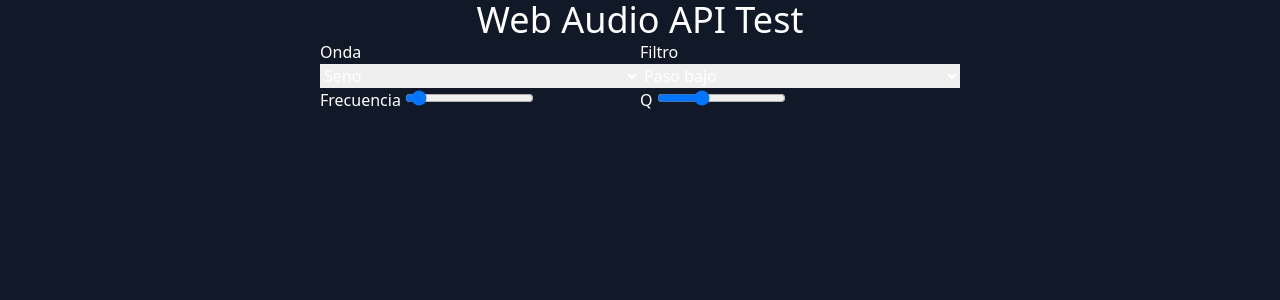
Repository: ibraidab/SONIDOS
Page: index4.html
An editor plug-in stored every save of this project. The page is shown before and after the next save, followed by the edit.
The browser window is 1280 px wide. The pictures show the whole page.

Above is the page before, as saved 2023-03-18 11:56:32.

### index4.html
<!DOCTYPE html>
<html lang="en">
<head>
  <meta charset="UTF-8">
  <meta name="viewport" content="width=device-width, initial-scale=1.0">
  <title>Web Audio API Test</title>
  <link href="https://cdn.jsdelivr.net/npm/tailwindcss@2.2.16/dist/tailwind.min.css" rel="stylesheet">
  <script>
    let audioContext;
    let activeVoices = new Map(); // Almacenar voces activas para polifonía

    async function init() {
      audioContext = new AudioContext();

      // Solicitar acceso al API Web MIDI
      if (navigator.requestMIDIAccess) {
        try {
          const midiAccess = await navigator.requestMIDIAccess();
          midiAccess.inputs.forEach(input => input.onmidimessage = onMidiMessage);
        } catch (err) {
          console.error('No se pudo acceder a tus dispositivos MIDI.', err);
        }
      } else {
        console.error('Tu navegador no soporta el API Web MIDI.');
      }
    }

    function onMidiMessage(event) {
      const [status, data1, data2] = event.data;
      const messageType = status & 0xf0;
      const channel = status & 0x0f;
      const note = data1;
      const velocity = data2;

      // Nota encendida
      if (messageType === 0x90 && velocity > 0) {
        startSound(note, velocity / 127);
      }
      // Nota apagada
      else if (messageType === 0x80 || (messageType === 0x90 && velocity === 0)) {
        stopSound(note);
      }
    }

    function startSound(note, velocity) {
      const frequency = midiNoteToFrequency(note);
      const waveType = document.getElementById("waveType").value;

      // Osciladores
      const osc1 = audioContext.createOscillator();
      osc1.frequency.value = frequency;
      osc1.type = waveType;
      osc1.start();

      const osc2 = audioContext.createOscillator();
      osc2.frequency.value = frequency * 2;
      osc2.type = waveType;
      osc2.start();

      // Ganancia
      const gainNode = audioContext.createGain();

      // Filtro
      const filterNode = audioContext.createBiquadFilter();
      filterNode.type = "lowpass";
      filterNode.frequency.value = 1000;
      filterNode.Q.value = 10;

      // Envolvente ADSR
      const attack = 0.1;
      const decay = 0.3;
      const sustain = 0.5;
      const release = 0.8;

      const now = audioContext.currentTime;
      gainNode.gain.setValueAtTime(0, now);
      gainNode.gain.linearRampToValueAtTime(velocity, now + attack);
      gainNode.gain.linearRampToValueAtTime(sustain * velocity, now + attack + decay);

      // Conexiones
      osc1.connect(gainNode);
      osc2.connect(gainNode);
      gainNode.connect(filterNode);
      filterNode.connect(audioContext.destination);

      // Almacenar voces activas
      activeVoices.set(note, { osc1, osc2, gainNode });
    }

    function stopSound(note) {
      const voice = activeVoices && activeVoices.get(note);
        if (voice) {
            const { osc1, osc2, gainNode } = voice;
            const now = audioContext.currentTime;
            gainNode.gain.cancelScheduledValues(now);
            gainNode.gain.setValueAtTime(gainNode.gain.value, now);
            gainNode.gain.linearRampToValueAtTime(0, now + 0.1);
            osc1.stop(now + 0.1);
            osc2.stop(now + 0.1);
            activeVoices.delete(note);
        }
    }

    function midiNoteToFrequency(note) {
      return 440 * Math.pow(2, (note - 69) / 12);
    }

    function changeWaveType() {
      const waveType = document.getElementById("waveType").value;
      activeVoices.forEach(voice => {
        voice.osc1.type = waveType;
        voice.osc2.type = waveType;
      });
    }

    function changeFilterFrequency() {
        const filterFrequencyRange = document.getElementById("filterFrequency");
        const newFrequencyValue = filterFrequencyRange.value;
        activeVoices.forEach(voice => {
          voice.filterNode.frequency.value = newFrequencyValue;
        });
      }

      function changeFilterQ() {
        const filterQ = document.getElementById("filterQ").value;
        activeVoices.forEach(voice => {
          voice.filterNode.Q.value = filterQ;
        });
      }

    function changeFilterType() {
        const filterTypeSelect = document.getElementById("filterType");
        const selectedFilterType = filterTypeSelect.options[filterTypeSelect.selectedIndex].value;
        filterNode.type = selectedFilterType;
      }



    window.addEventListener('load', init);
    </script>

</head>


<body class="bg-gray-900 text-white">
  <div class="container mx-auto">
    <h1 class="text-4xl text-center">Web Audio API Test</h1>
    <div class="flex justify-center">
      <div class="w-1/2">
        <div class="flex justify-center">
          <div class="w-1/2">
            <label for="waveType">Onda</label>
            <select id="waveType" class="w-full" onchange="changeWaveType()">
              <option value="sine">Seno</option>
              <option value="square">Cuadrada</option>
              <option value="sawtooth">Diente de sierra</option>
              <option value="triangle">Triangular</option>
            </select>
          </div>
          <div class="w-1/2">
            <label for="filterType">Filtro</label>
            <select id="filterType" class="w-full" onchange="changeFilterType()">
              <option value="lowpass">Paso bajo</option>
              <option value="highpass">Paso alto</option>
              <option value="bandpass">Paso de banda</option>
              <option value="lowshelf">Bajo estante</option>
              <option value="highshelf">Alto estante</option>
              <option value="peaking">Pico</option>
              <option value="notch">Notch</option>
              <option value="allpass">Allpass</option>
            </select>
          </div>
        </div>
        <div class="flex justify-center">
          <div class="w-1/2">
            <label for="filterFrequency">Frecuencia</label>
            <input id="filterFrequency" type="range" min="20" max="20000" value="1000" step="1" oninput="changeFilterFrequency()">
          </div>
          <div class="w-1/2">
            <label for="filterQ">Q</label>
            <input id="filterQ" type="range" min="1" max="10" value="4" step="1" oninput="changeFilterQ()">
          </div>
        </div>
      </div>
    </div>
  </div>

</body>

</html>

After the next save:
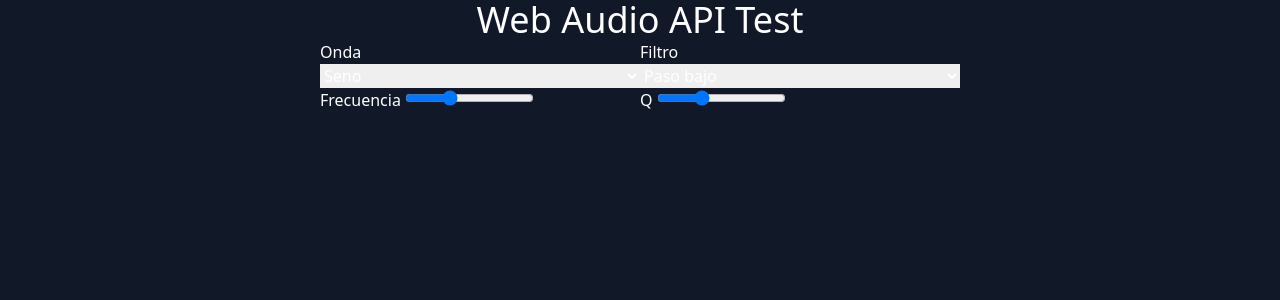
Saved 12 s later.
--- a/index4.html
+++ b/index4.html
@@ -174,7 +174,7 @@
         <div class="flex justify-center">
           <div class="w-1/2">
             <label for="filterFrequency">Frecuencia</label>
-            <input id="filterFrequency" type="range" min="20" max="20000" value="1000" step="1" oninput="changeFilterFrequency()">
+            <input id="filterFrequency" type="range" min="20" max="3000" value="1000" step="1" oninput="changeFilterFrequency()">
           </div>
           <div class="w-1/2">
             <label for="filterQ">Q</label>
